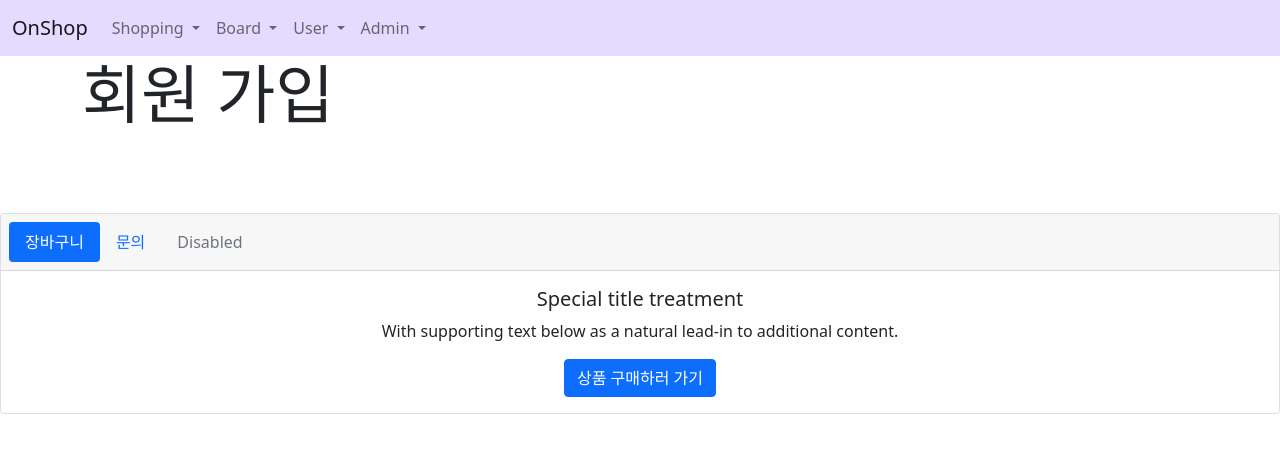
Repository: HimNahyeon/devClassBackup
Page: http://localhost/WebShop2/product/addProduct.jsp
These files come from the project's save history. The page is drawn as it stood at one moment and after the next save; the edit follows.
The browser window is 1280 px wide. The pictures show the whole page.
The page is served by Tomcat 9. Other server files are loaded and not shown.

Above is the page before, as saved 2021-11-04 05:49:01.

### jsp/WebShop2/WebContent/product/addProduct.jsp
<%@ page language="java" contentType="text/html; charset=UTF-8"
    pageEncoding="UTF-8"%>
<!DOCTYPE html>
<html>
<head>
<meta charset="UTF-8">
<title>제품등록</title>
</head>
<body>
<%@ include file = "../header.jsp" %>
	   <div class="jumbotron">
      <div class="container">
         <h1 class="display-3">회원 가입</h1>
      </div>
   </div>
<%@ include file = "../footer.jsp" %>
</body>
</html>

### jsp/WebShop2/WebContent/header.jsp
<%@ page language="java" contentType="text/html; charset=UTF-8"
    pageEncoding="UTF-8"%>
<!DOCTYPE html>
<html>
<head>
<meta charset="UTF-8">
<link href="https://cdn.jsdelivr.net/npm/bootstrap@5.1.3/dist/css/bootstrap.min.css" rel="stylesheet" integrity="sha384-1BmE4kWBq78iYhFldvKuhfTAU6auU8tT94WrHftjDbrCEXSU1oBoqyl2QvZ6jIW3" crossorigin="anonymous">
<script src="https://cdn.jsdelivr.net/npm/bootstrap@5.1.3/dist/js/bootstrap.bundle.min.js" integrity="sha384-ka7Sk0Gln4gmtz2MlQnikT1wXgYsOg+OMhuP+IlRH9sENBO0LRn5q+8nbTov4+1p" crossorigin="anonymous"></script>
<title>Insert title here</title>
</head>
<body>
<nav class="navbar navbar-expand-lg navbar-light" style="background-color: #e4dbff;">
  <div class="container-fluid">
    <a class="navbar-brand" href="/">OnShop</a>
    <button class="navbar-toggler" type="button" data-bs-toggle="collapse" data-bs-target="#navbarNavDropdown" aria-controls="navbarNavDropdown" aria-expanded="false" aria-label="Toggle navigation">
      <span class="navbar-toggler-icon"></span>
    </button>
    <div class="collapse navbar-collapse" id="navbarNavDropdown">
      <ul class="navbar-nav">
		<li class="nav-item dropdown">
          <a class="nav-link dropdown-toggle" href="#" id="navbarDropdownMenuLink" role="button" data-bs-toggle="dropdown" aria-expanded="false">
            Shopping
          </a>
          <ul class="dropdown-menu" aria-labelledby="navbarDropdownMenuLink">
            <li><a class="dropdown-item" href="/product/products.jsp">상품목록</a></li>
            <li><a class="dropdown-item" href="#">장바구니</a></li>
          </ul>
        </li>
		<li class="nav-item dropdown">
          <a class="nav-link dropdown-toggle" href="#" id="navbarDropdownMenuLink" role="button" data-bs-toggle="dropdown" aria-expanded="false">
            Board
          </a>
          <ul class="dropdown-menu" aria-labelledby="navbarDropdownMenuLink">
            <li><a class="dropdown-item" href="#">글목록</a></li>
            <li><a class="dropdown-item" href="#">글쓰기</a></li>
          </ul>
        </li>
     	<li class="nav-item dropdown">
          <a class="nav-link dropdown-toggle" href="#" id="navbarDropdownMenuLink" role="button" data-bs-toggle="dropdown" aria-expanded="false">
            User
          </a>
          <ul class="dropdown-menu" aria-labelledby="navbarDropdownMenuLink">
            <li><a class="dropdown-item" href="/member/loginMember.jsp">로그인</a></li>
            <li><a class="dropdown-item" href="#">로그아웃</a></li>
            <li><a class="dropdown-item" href="#">회원가입</a></li>
            <li><a class="dropdown-item" href="#">회원탈퇴</a></li>
          </ul>
        </li>
       	<li class="nav-item dropdown">
          <a class="nav-link dropdown-toggle" href="#" id="navbarDropdownMenuLink" role="button" data-bs-toggle="dropdown" aria-expanded="false">
            Admin
          </a>
          <ul class="dropdown-menu" aria-labelledby="navbarDropdownMenuLink">
            <li><a class="dropdown-item" href="/product/addProduct.jsp">제품등록</a></li>
            <li><a class="dropdown-item" href="/member/listMember.jsp">회원관리</a></li>
          </ul>
        </li>
      </ul>
    </div>
  </div>
</nav>

</body>
</html>

### jsp/WebShop2/WebContent/footer.jsp
<%@ page language="java" contentType="text/html; charset=UTF-8"
    pageEncoding="UTF-8"%>


<script src="https://cdn.jsdelivr.net/npm/bootstrap@5.1.3/dist/js/bootstrap.bundle.min.js" integrity="sha384-ka7Sk0Gln4gmtz2MlQnikT1wXgYsOg+OMhuP+IlRH9sENBO0LRn5q+8nbTov4+1p" crossorigin="anonymous"></script>

    <br><br><br>

    <div class="card text-center">
  <div class="card-header">
    <ul class="nav nav-pills card-header-pills">
      <li class="nav-item">
        <a class="nav-link active" href="#">장바구니</a>
      </li>
      <li class="nav-item">
        <a class="nav-link" href="#">문의</a>
      </li>
      <li class="nav-item">
        <a class="nav-link disabled" href="#" tabindex="-1" aria-disabled="true">Disabled</a>
      </li>
    </ul>
  </div>
  <div class="card-body">
    <h5 class="card-title">Special title treatment</h5>
    <p class="card-text">With supporting text below as a natural lead-in to additional content.</p>
    <a href="/product/products.jsp" class="btn btn-primary">상품 구매하러 가기</a>
  </div>
</div>

After the next save:
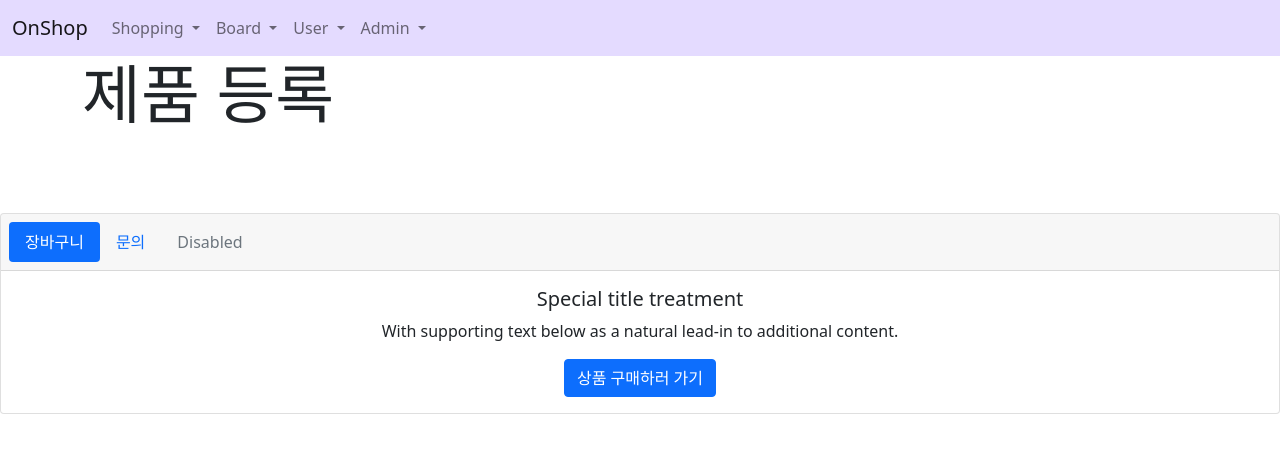
Saved 11 s later.
--- a/jsp/WebShop2/WebContent/product/addProduct.jsp
+++ b/jsp/WebShop2/WebContent/product/addProduct.jsp
@@ -10,7 +10,7 @@
 <%@ include file = "../header.jsp" %>
 	   <div class="jumbotron">
       <div class="container">
-         <h1 class="display-3">회원 가입</h1>
+         <h1 class="display-3">제품 등록</h1>
       </div>
    </div>
 <%@ include file = "../footer.jsp" %>
